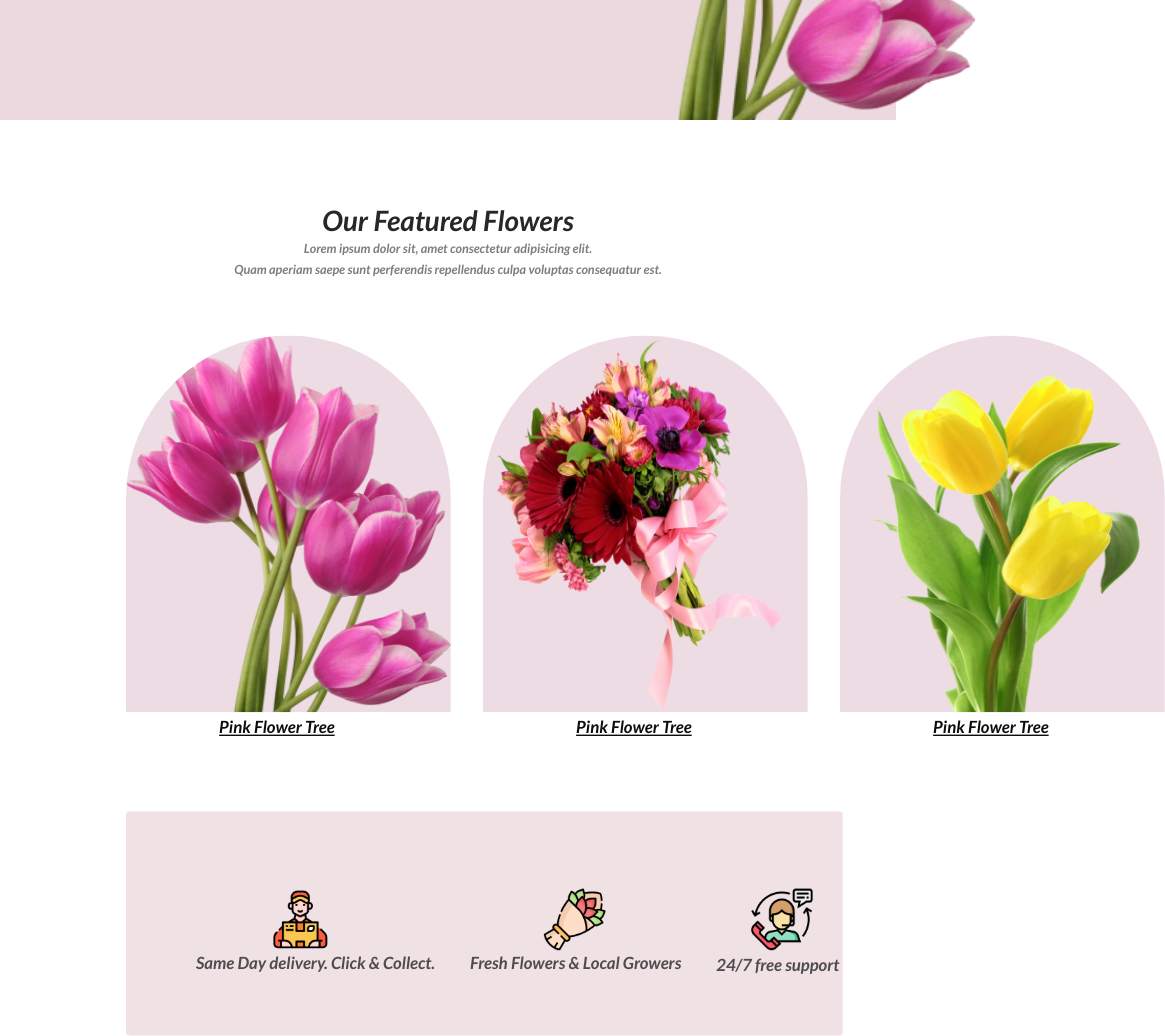
Repository: AnitaAkter/anita-flower-shop
Page: index.html
An editor plug-in stored every save of this project. The page is shown before and after the next save, followed by the edit.
The browser window is 1280 px wide. The page is 1664 px wide, then 1393 px, then 1664 px, so the pictures cover 1664 px, including what lies to the right of the window. The pictures show the part of the page from y = 628 to 2108 px (the page is 2108 px tall), at 70% of full size.

Above is the page before, as saved 2023-09-05 22:30:14.

### index.html
<!DOCTYPE html>
<html lang="en">

<head>
    <meta charset="UTF-8">
    <meta http-equiv="X-UA-Compatible" content="IE=edge">
    <meta name="viewport" content="width=device-width, initial-scale=1.0">
    <title>Anita's Flower Shop</title>
    <link rel="preconnect" href="https://fonts.googleapis.com">
    <link rel="preconnect" href="https://fonts.gstatic.com" crossorigin>
    <link href="https://fonts.googleapis.com/css2?family=Lato:ital,wght@1,700&display=swap" rel="stylesheet">
    <link rel="stylesheet" href="style.css">
</head>

<body>
    <div>
        <!-- /* Header -section start */ -->
        <header>
            <div class="header-intro">
                <h1>Let's make <br> beautiful Flowers a <br>part of your Life.</h1>
                <div class="header-p">
                    <p>Lorem ipsum dolor sit amet consectetur adipisicing elit. Vitae fugit dolorum deleniti, quae ea
                        error
                        iste rerum mollitia animi architecto. Distinctio voluptates doloribus commodi ipsum unde facere
                        assumenda corrupti cum!</p>
                </div>
                <button class="header-btn">Shop Now</button>
            </div>
            <div class="header-pic">
                <img src="images/pngwing 6.png" alt="">
            </div>
        </header>
        <!-- /* Header -section end */ -->
        <main>
            <div class="flowers-info">
                <h3>Our Featured Flowers</h3>
                <p>Lorem ipsum dolor sit, amet consectetur adipisicing elit. <br>
                    Quam aperiam saepe sunt perferendis repellendus culpa voluptas consequatur est.
                </p>
            </div>
            <div class="flowers-add">
                <div class="flowers-img">
                    <div class="flowers">
                        <img src="images/pngwing 6.png" alt="">
                        <p> <u>Pink Flower Tree</u> </p>
                    </div>
                    <div class="flowers">
                        <img src="images/pngwing 5.png" alt="">
                        <p><u>Pink Flower Tree</u></p>
                    </div>
                    <div class="flowers">
                        <img src="images/pngwing 7.png" alt="">
                        <p><u>Pink Flower Tree</u></p>
                    </div>

                </div>
            </div>






            <!-- Delivery section start -->
            <div class="delivery">
                <div class="delivery-img">
                    <div class="d-img">
                        <img src="images/Group 57.png" alt="">
                        <p>Same Day delivery. Click & Collect.</p>
                    </div>
                    <div class="d-img">
                        <img src="images/Group 58.png" alt="">
                        <p>Fresh Flowers & Local Growers</p>
                    </div>
                    <div>
                        <img src="images/Group 59.png" alt="">
                        <p>24/7 free support</p>
                    </div>
                </div>
            </div>
            <!-- Delivery section start -->
        </main>

    </div>
</body>

</html>

### style.css
/* Header -section start */

* {
    margin: 0;
    padding: 0;
    box-sizing: border-box;
}

body {
    font-family: 'Lato', sans-serif;
    font-weight: 900;
    width: 100%;
}

header {
    display: flex;
    background-color: hsl(342, 34%, 89%);
    width: 100%;
    height: 800px;
}

.header-intro {
    margin-top: 80px;
    margin-left: 50px;
    width: 708px;
    height: 506px;


}

.header-intro h1 {
    color: #272727;
    text-shadow: 0px 4px 4px rgba(0, 0, 0, 0.25);
    font-family: Lato;
    font-size: 80px;
    font-style: normal;
    font-weight: 800;
    line-height: normal;
    width: 708px;
    height: 310px;


}

.header-p {
    color: rgba(39, 39, 39, 0.60);
    font-family: Lato;
    font-size: 18px;
    font-style: normal;
    font-weight: 400;
    line-height: 30px;
    width: 634px;
    height: 120px;
    gap: 32px;



    /* 166.667% */
}

.header-btn {
    background-color: #E55473;
    border-radius: 5px;
    border: none;
    color: white;
    font-size: 15px;
    display: inline-flex;
    padding: 20px 43px;
    align-items: flex-start;
    gap: 10px;

}

.header-pic {
    width: 635px;
    height: 800px;
    margin-bottom: 0%;
    margin-right: auto;

}


.header-pic img {
    width: 635px;
    height: 800px;
    margin-bottom: 0%;
}

/* Header -section end */


/* flowers info styles */
.flowers-info {
    margin-top: 120px;
}

.flowers-info h3 {
    color: #272727;
    text-align: center;
    font-family: Lato;
    font-size: 40px;
    font-style: normal;
    font-weight: 800;
    line-height: normal;
}

.flowers-info p {
    color: rgba(39, 39, 39, 0.60);
    text-align: center;
    font-family: Lato;
    font-size: 18px;
    font-style: normal;
    font-weight: 400;
    line-height: 30px;
    /* 166.667% */
}


.flowers-add {
    margin-top: 80px;
    align-items: center;
    margin-bottom: 200px;
    margin-left: 180px;
    margin-right: 60px;
    width: 80%;
    height: 480px;



}

.flowers-img {
    display: flex;
    align-items: center;
    gap: 200px;



}

.flowers-img img {
    width: 464px;
    height: 538px;
    display: inline-flex;
    background-image: url('/images/Rectangle\ 3\ \(1\).png');
    align-content: center;
    border-radius: 300px 300px 0px 0px;
    background: rgba(139, 24, 81, 0.15);

}

.flowers-img p {
    color: rgba(0, 0, 0, 0.951);

    font-family: Lato;
    font-size: 24px;
    font-style: normal;
    font-weight: 600;
    line-height: 35px;
    margin-left: 133px;
}

.flowers {

    width: 310px;
    height: 428px;


}





/* delivery section start */
.delivery {
    margin-top: 100px;
    margin-left: 180px;
    margin-right: 140px;
    background-color: #efe1e4;
    display: flex;
    width: 80%;
    height: 320px;
    border-radius: 5px;
    padding: 30px;
}

.delivery-img p {
    color: rgba(39, 39, 39, 0.80);

    font-family: Lato;
    font-size: 24px;
    font-style: normal;
    font-weight: 600;
    line-height: 35px;
    margin-left: -50px;


}

.delivery-img {
    display: inline-flex;
    margin-top: 80px;
    margin-left: 120px;
    gap: 100px;
    height: 30px;
    align-content: center;
    position: absolute;

}

.d-img img {
    display: grid;
    justify-content: center;
    margin-left: 55px;

}

After the next save:
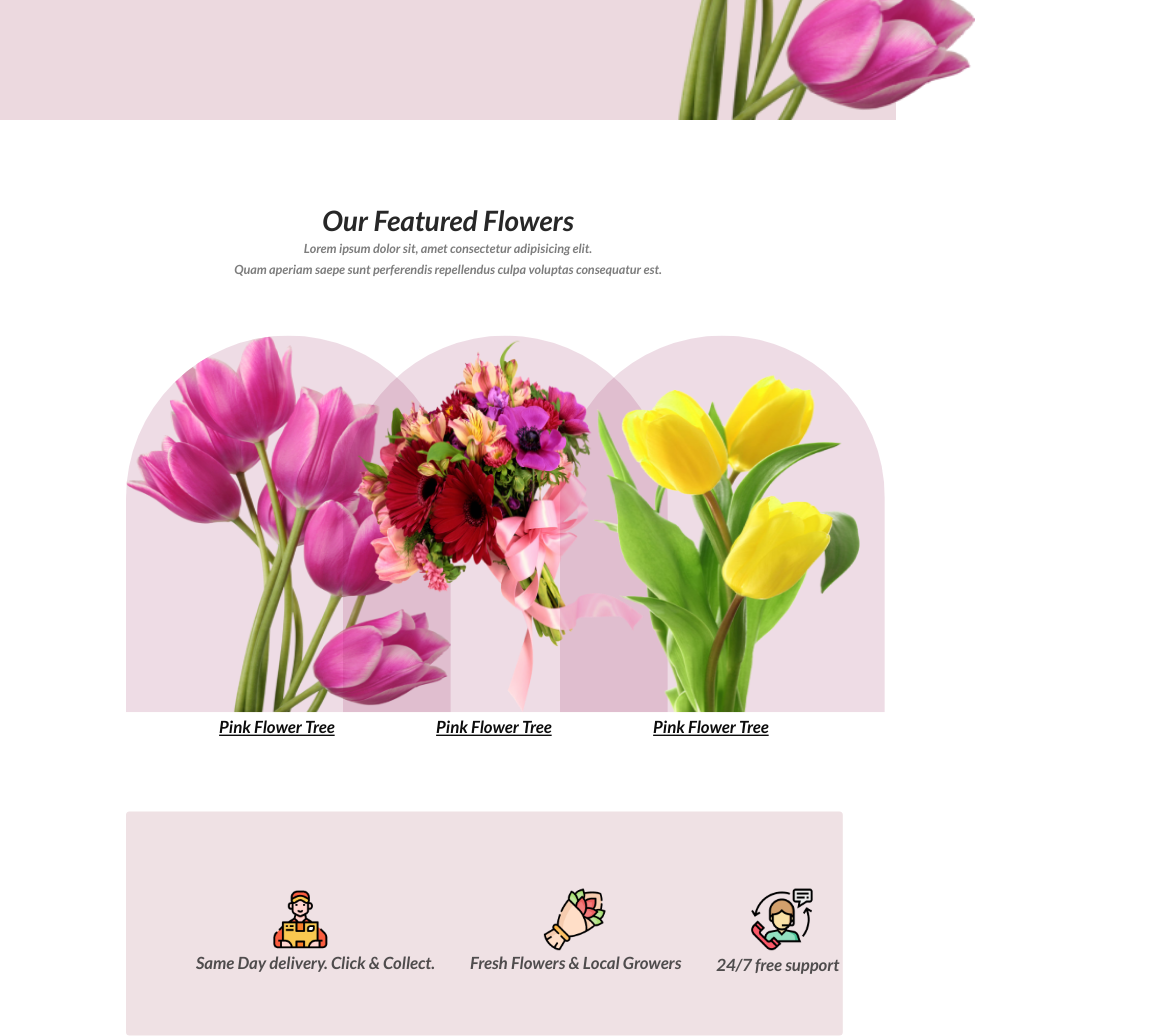
Saved 38 s later.
--- a/style.css
+++ b/style.css
@@ -132,7 +132,7 @@
 .flowers-img {
     display: flex;
     align-items: center;
-    gap: 200px;
+
 
 
 

After the save that followed:
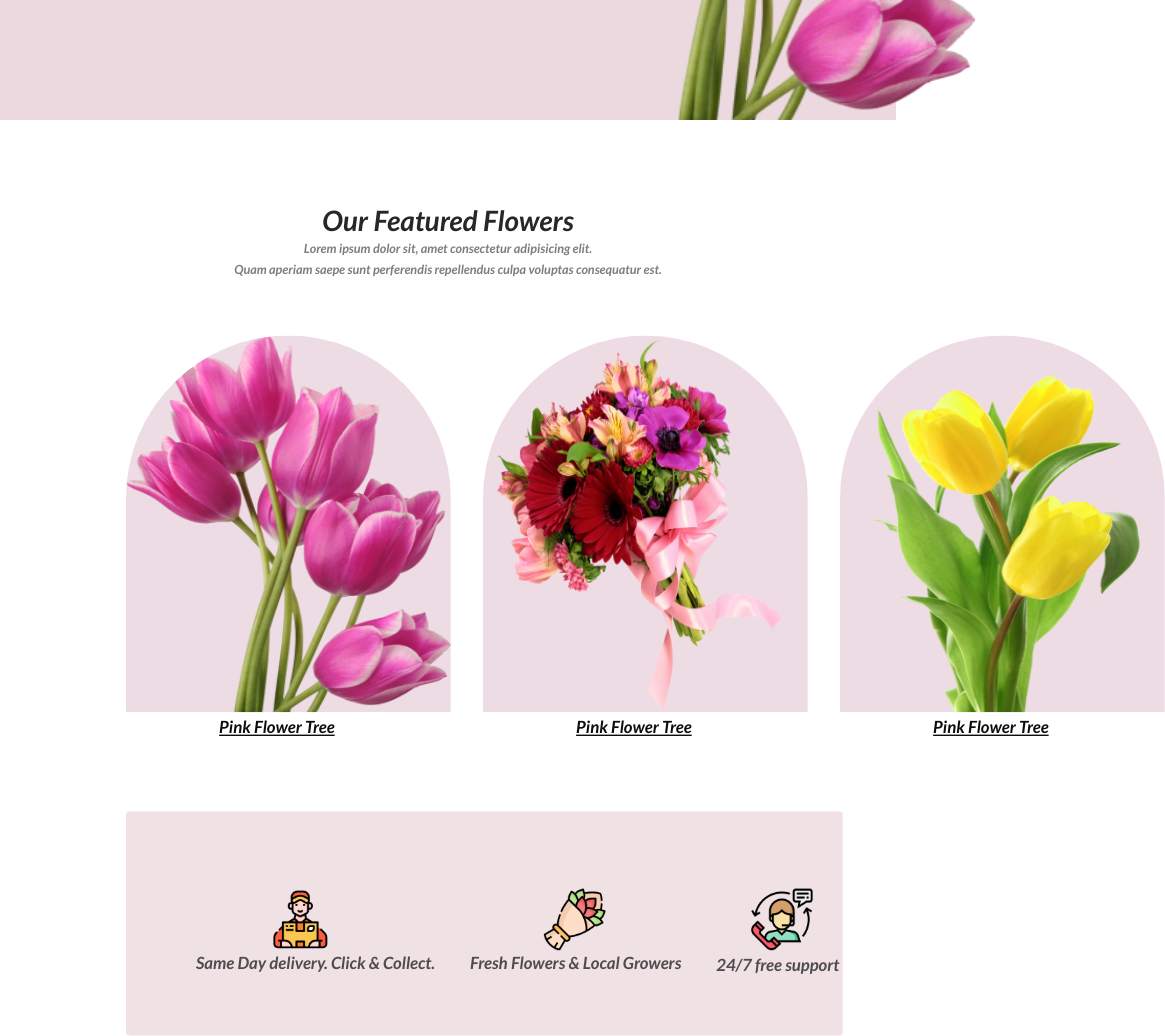
Saved 4 s later.
--- a/style.css
+++ b/style.css
@@ -132,7 +132,7 @@
 .flowers-img {
     display: flex;
     align-items: center;
-
+    gap: 200px;
 
 
 
